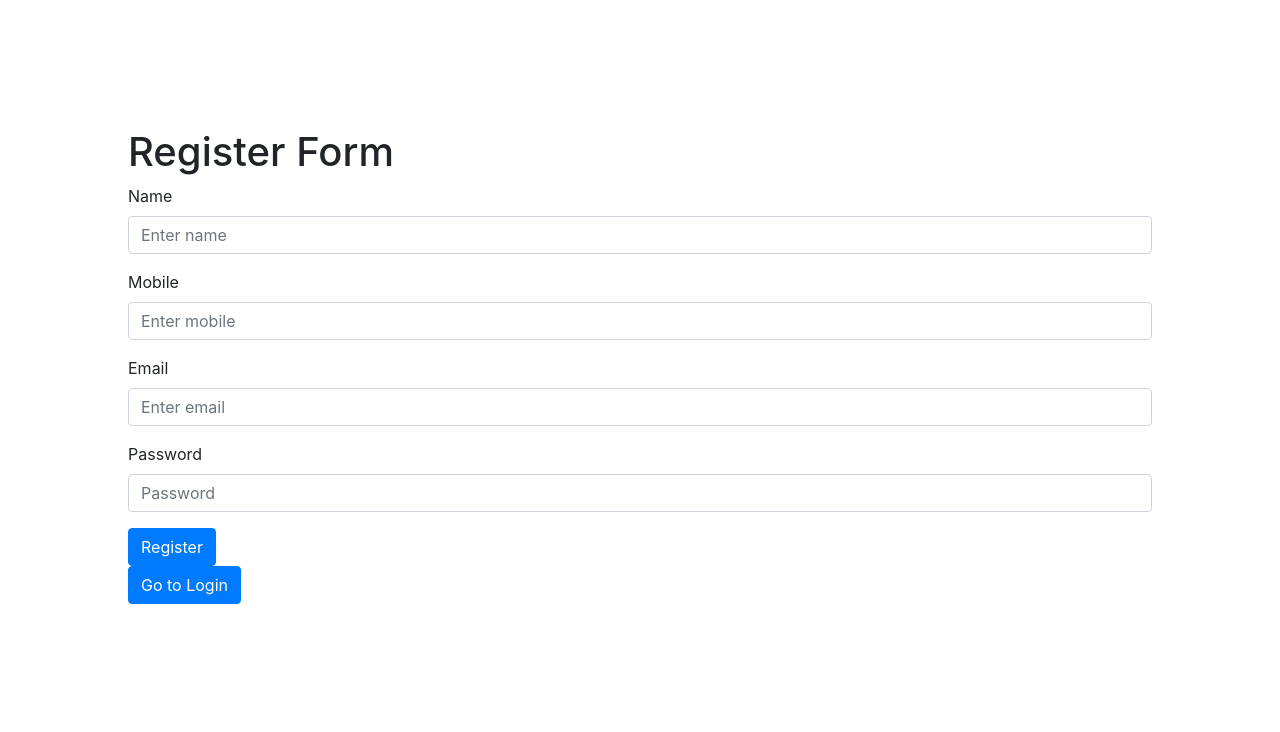
Repository: lalji-yadav/Register-Login-and-CRUD-using-token-and-Without-token-based
Page: /
An editor plug-in stored every save of this project. The page is shown before and after the next save, followed by the edit.
The browser window is 1280 px wide. The pictures show the whole page.
The project was rebuilt for these pictures with package versions that can differ from the ones it lists, and the page was loaded fresh each time. Also part of the build but not shown: src/App.css, src/auth/login.js, src/components/reg.js, src/components/table.js.

Above is the page before, as saved 2021-02-03 11:25:00.

### src/App.js
import './App.css';
import Login from "./auth/login";
import Register from "./auth/register";
import Reg from "./components/reg";
import Table from "./components/table";
import {
  BrowserRouter as Router,
  Switch,
  Route
} from "react-router-dom";

function App() {
  return (
    <div>
      <Router>
        <Switch>
           <Route exact path="/" component={Register} />
           <Route exact path="/login" component={Login} />
           <Route exact path="/reg" component={Reg} />
           <Route exact path="/table" component={Table} />
        </Switch>
      </Router>
       {/* <Register /> */}
       {/* <Login /> */}
       {/* <Reg /> */}
    </div>
  );
}

export default App;

### src/auth/register.js
import React,{useState} from 'react';
import {Form,Button} from 'react-bootstrap';
import axios from "axios";

const Register = () => {

    const [values, setValues] = useState({
        name:'',
        mobile:'',
        email:'',
        password:''
    })

    const changeHandler = (event) => {
        setValues((prevProps) => ({
          ...prevProps,
          [event.target.name]: event.target.value
        }));
      };

    const onRegister=()=> {
       axios.post('http://localhost:3000/user',
       {name:values.name, mobile:values.mobile, email:values.email, password:values.password})
       .then((res)=> {
           console.log(res)
       }).catch((err)=> {
           console.log(err)
       })
    }

    return (
        <div style={{padding:"10%"}}>
           <h1> Register Form </h1>
            <Form>
                <Form.Group controlId="formBasicEmail">
                    <Form.Label>Name</Form.Label>
                    <Form.Control type="text" placeholder="Enter name"
                    name="name"
                    value={values.name}
                    onChange={changeHandler}
                     />
                </Form.Group>

                <Form.Group controlId="formBasicPassword">
                    <Form.Label>Mobile</Form.Label>
                    <Form.Control type="text" placeholder="Enter mobile"
                     name="mobile"
                     value={values.mobile}
                    onChange={changeHandler}
                     />
                </Form.Group>

                <Form.Group controlId="formBasicEmail">
                    <Form.Label>Email</Form.Label>
                    <Form.Control type="text" placeholder="Enter email"
                    name="email"
                    value={values.email}
                    onChange={changeHandler}
                     />
                </Form.Group>

                <Form.Group controlId="formBasicPassword">
                    <Form.Label>Password</Form.Label>
                    <Form.Control type="password" placeholder="Password"
                    name="password"
                    value={values.password}
                    onChange={changeHandler}
                     />
                </Form.Group>


            </Form>

            <Button type="button" className="btn btn-primary" onClick={onRegister} > Register </Button> <br />
            <Button type="button" className="btn btn-primary"> Go to Login </Button>
        </div>
    );
};

export default Register;

Loaded but not shown: public/index.html (common file); src/index.js (common file); src/index.css (common file); src/reportWebVitals.js (common file)

After the next save:
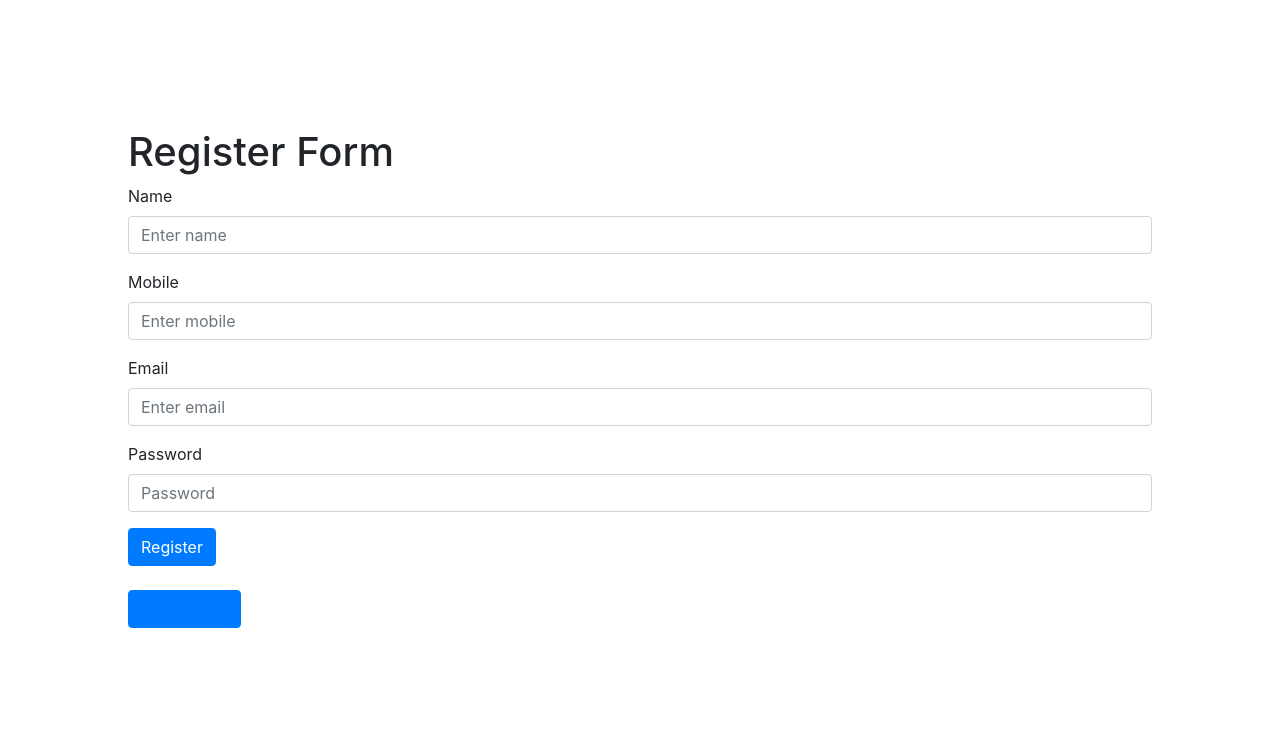
Saved 56 s later.
--- a/src/auth/register.js
+++ b/src/auth/register.js
@@ -1,6 +1,13 @@
 import React,{useState} from 'react';
 import {Form,Button} from 'react-bootstrap';
 import axios from "axios";
+import {
+    BrowserRouter as Router,
+    Switch,
+    Route,
+    Link
+  } from "react-router-dom";
+
 
 const Register = () => {
 
@@ -71,8 +78,9 @@ const Register = () => {
 
             </Form>
 
-            <Button type="button" className="btn btn-primary" onClick={onRegister} > Register </Button> <br />
-            <Button type="button" className="btn btn-primary"> Go to Login </Button>
+            <Button type="button" className="btn btn-primary" onClick={onRegister} >
+            Register </Button> <br /> <br />
+            <Button type="button" className="btn btn-primary"> <Link to="/login"> Go to Login </Link> </Button>
         </div>
     );
 };
